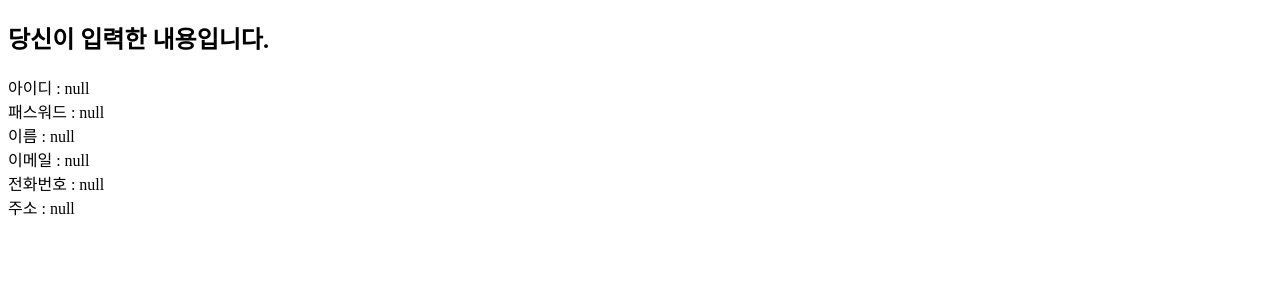
Repository: lty516/jspwork
Page: http://localhost/BeanTagProject/registerproc.jsp
These files come from the project's save history. The page is drawn as it stood at one moment and after the next save; the edit follows.
The browser window is 1280 px wide. The pictures show the whole page.
The page is served by Tomcat 9. Other server files are loaded and not shown.

Above is the page before, as saved 2020-08-18 02:18:24.

### BeanTagProject/WebContent/registerproc.jsp
<%@ page  contentType="text/html; charset=utf-8"%>
<!DOCTYPE html>
<html>
<head>
<meta charset="utf-8">
<title>Insert title here</title>
</head>
<body>
<%
   String id = request.getParameter("mem_id");
   String pw = request.getParameter("mem_pw");
   String name = request.getParameter("mem_name");
   String email = request.getParameter("mem_email");
   String tel = request.getParameter("mem_tel");
   String addr = request.getParameter("mem_addr");
%>
   <h2>당신이 입력한 내용입니다.</h2>
   아이디 : <%=id %><br>
   패스워드 : <%=pw %><br>
   이름 : <%=name %><br>
   이메일 : <%=email %><br>
   전화번호 : <%=tel %><br>
   주소 : <%=addr %><br>

</body>
</html>

After the next save:
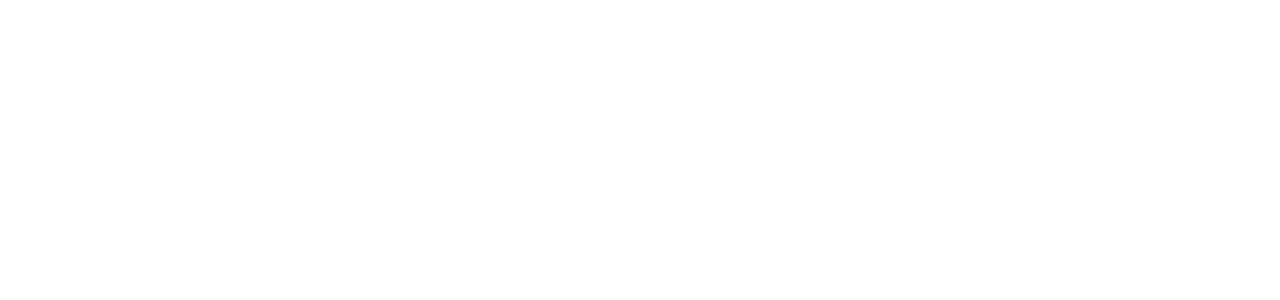
Saved 99 s later.
--- a/BeanTagProject/WebContent/registerproc.jsp
+++ b/BeanTagProject/WebContent/registerproc.jsp
@@ -1,4 +1,4 @@
-<%@ page  contentType="text/html; charset=utf-8"%>
+<%@ page contentType="text/html; charset=utf-8"%>
 <!DOCTYPE html>
 <html>
 <head>
@@ -6,21 +6,6 @@
 <title>Insert title here</title>
 </head>
 <body>
-<%
-   String id = request.getParameter("mem_id");
-   String pw = request.getParameter("mem_pw");
-   String name = request.getParameter("mem_name");
-   String email = request.getParameter("mem_email");
-   String tel = request.getParameter("mem_tel");
-   String addr = request.getParameter("mem_addr");
-%>
-   <h2>당신이 입력한 내용입니다.</h2>
-   아이디 : <%=id %><br>
-   패스워드 : <%=pw %><br>
-   이름 : <%=name %><br>
-   이메일 : <%=email %><br>
-   전화번호 : <%=tel %><br>
-   주소 : <%=addr %><br>
 
 </body>
 </html>

After the 2 saves that followed:
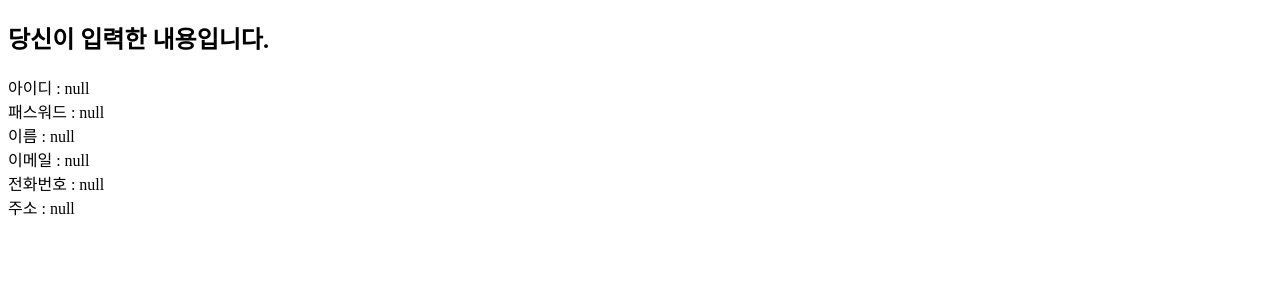
The 2 saves are shown as one change because 1 left the picture as it was.
The last was saved 30 s later.
--- a/BeanTagProject/WebContent/registerproc.jsp
+++ b/BeanTagProject/WebContent/registerproc.jsp
@@ -1,4 +1,4 @@
-<%@ page contentType="text/html; charset=utf-8"%>
+<%@ page  contentType="text/html; charset=utf-8"%>
 <!DOCTYPE html>
 <html>
 <head>
@@ -6,6 +6,21 @@
 <title>Insert title here</title>
 </head>
 <body>
+<%
+   String id = request.getParameter("mem_id");
+   String pw = request.getParameter("mem_pw");
+   String name = request.getParameter("mem_name");
+   String email = request.getParameter("mem_email");
+   String tel = request.getParameter("mem_tel");
+   String addr = request.getParameter("mem_addr");
+%>
+   <h2>당신이 입력한 내용입니다.</h2>
+   아이디 : <%=id %><br>
+   패스워드 : <%=pw %><br>
+   이름 : <%=name %><br>
+   이메일 : <%=email %><br>
+   전화번호 : <%=tel %><br>
+   주소 : <%=addr %><br>
 
 </body>
 </html>
